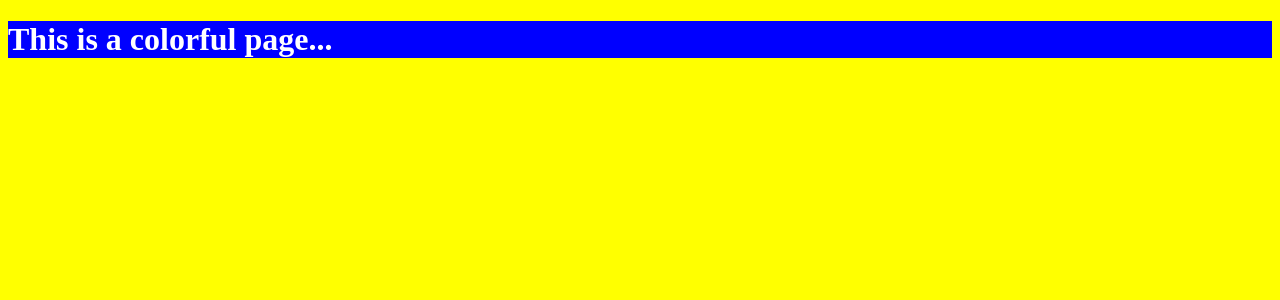
Repository: ShrikantSarode/AdvanceJava
Page: AJ backup/Web Based Java/Workspace/Web_Project/src/main/webapp/color.html
The author's editor kept a copy of each file at every save. The page is drawn from the files as they stood at one save, then again after the next save.
The browser window is 1280 px wide. The pictures show the whole page.

Above is the page before, as saved 2024-11-29 07:23:28.

### AJ backup/Web Based Java/Workspace/Web_Project/src/main/webapp/color.html
<!DOCTYPE html>
<html>
<body bgcolor="yellow">
	<h1 style="color: white; background-color: blue">This is a
		colorful page...</h1>

</body>
</html>

After the next save:
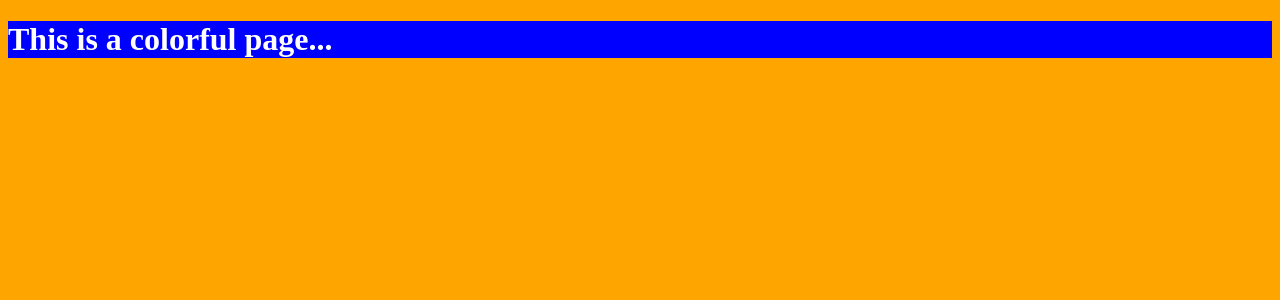
Saved 7 s later.
--- a/AJ backup/Web Based Java/Workspace/Web_Project/src/main/webapp/color.html
+++ b/AJ backup/Web Based Java/Workspace/Web_Project/src/main/webapp/color.html
@@ -1,6 +1,6 @@
 <!DOCTYPE html>
 <html>
-<body bgcolor="yellow">
+<body bgcolor="orange">
 	<h1 style="color: white; background-color: blue">This is a
 		colorful page...</h1>
 
